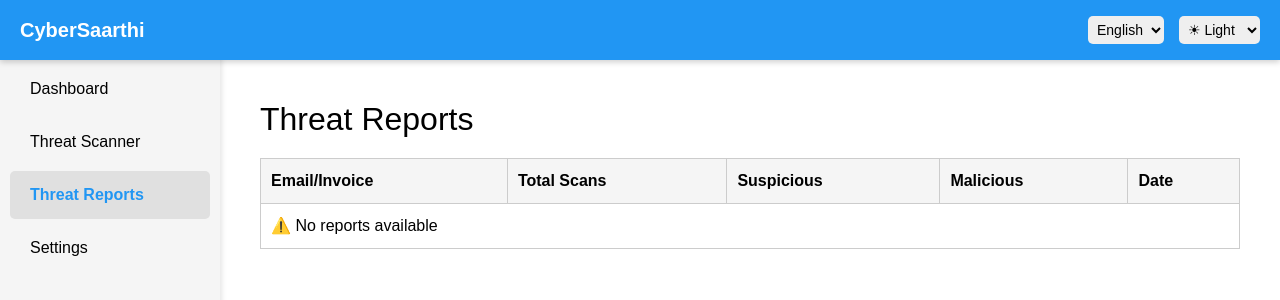
Repository: riyaaaa19/CyberSaarthi
Page: /reports (app in frontend/)
The author's editor kept a copy of each file at every save. The page is drawn from the files as they stood at one save, then again after the next save.
The browser window is 1280 px wide. The pictures show the whole page.
The page's requests for data from a server got no answer. The project was rebuilt for these pictures with package versions that can differ from the ones it lists, and the page was loaded fresh each time. No one was signed in, and anything a server would have sent is missing. Also part of the build but not shown: frontend/vite.config.ts, frontend/src/services/api.js, frontend/src/pages/Dashboard.js, frontend/src/pages/Scanner.js, frontend/src/pages/Settings.js.

Above is the page before, as saved 2025-08-21 18:50:11.

After the next save:
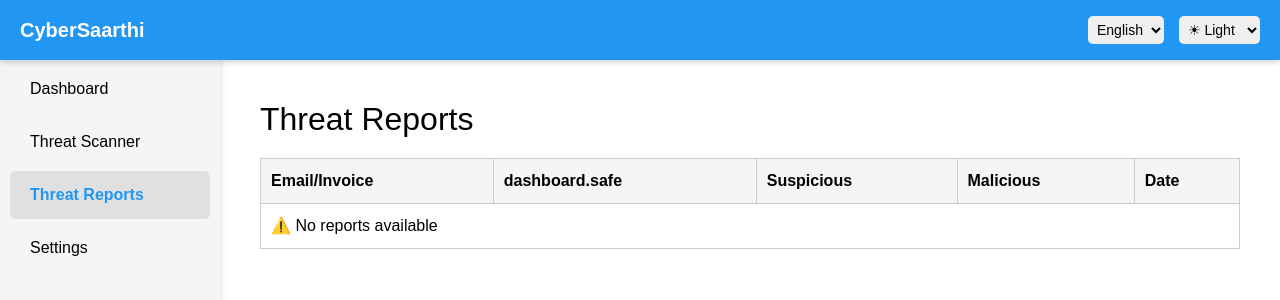
Saved 4 min 39 s later.
--- a/frontend/src/pages/Reports.js
+++ b/frontend/src/pages/Reports.js
@@ -4,14 +4,14 @@ import { useT } from "../i18n";
 function Reports() {
   const [reports, setReports] = useState([]);
   const theme = localStorage.getItem("THEME") || "light";
-  const t = useT(); // ✅ use hook instead of direct import
+  const t = useT();
 
   useEffect(() => {
-    fetch("http://localhost:8000/v1/reports", {
-      headers: { "x-api-key": "changeme-demo-key" }
+    fetch("http://localhost:8000/v1/reports/history", {
+      headers: { "x-api-key": "changeme-demo-key" },
     })
       .then((res) => res.json())
-      .then((data) => setReports(data))
+      .then((data) => setReports(data.items)) // ✅ history returns { items, total, limit, offset }
       .catch(() => console.log("⚠️ Could not load reports from backend"));
   }, []);
 
@@ -20,19 +20,19 @@ function Reports() {
     borderCollapse: "collapse",
     marginTop: "20px",
     background: theme === "dark" ? "#1e1e1e" : "#fff",
-    color: theme === "dark" ? "#f5f5f5" : "#000"
+    color: theme === "dark" ? "#f5f5f5" : "#000",
   };
 
   const thStyle = {
     border: "1px solid #ccc",
     padding: "10px",
     background: theme === "dark" ? "#333" : "#f5f5f5",
-    textAlign: "left"
+    textAlign: "left",
   };
 
   const tdStyle = {
     border: "1px solid #ccc",
-    padding: "10px"
+    padding: "10px",
   };
 
   return (
@@ -45,7 +45,7 @@ function Reports() {
             <th style={thStyle}>
               {t("scanner.emailTab")}/{t("scanner.invoiceTab")}
             </th>
-            <th style={thStyle}>{t("dashboard.total")}</th>
+            <th style={thStyle}>{t("dashboard.safe")}</th>
             <th style={thStyle}>{t("dashboard.susp")}</th>
             <th style={thStyle}>{t("dashboard.mal")}</th>
             <th style={thStyle}>Date</th>
@@ -55,15 +55,15 @@ function Reports() {
           {reports.length > 0 ? (
             reports.map((r, i) => (
               <tr key={i}>
-                <td style={tdStyle}>{r.type}</td>
+                <td style={tdStyle}>{r.scan_type}</td>
                 <td style={tdStyle}>
-                  {r.verdict === "safe" ? t("email.safe") : ""}
+                  {r.verdict === "SAFE" ? t("email.safe") : ""}
                 </td>
                 <td style={tdStyle}>
-                  {r.verdict === "susp" ? t("email.susp") : ""}
+                  {r.verdict === "SUSPICIOUS" ? t("email.susp") : ""}
                 </td>
                 <td style={tdStyle}>
-                  {r.verdict === "mal" ? t("email.mal") : ""}
+                  {r.verdict === "MALICIOUS" ? t("email.mal") : ""}
                 </td>
                 <td style={tdStyle}>
                   {new Date(r.created_at).toLocaleString()}
